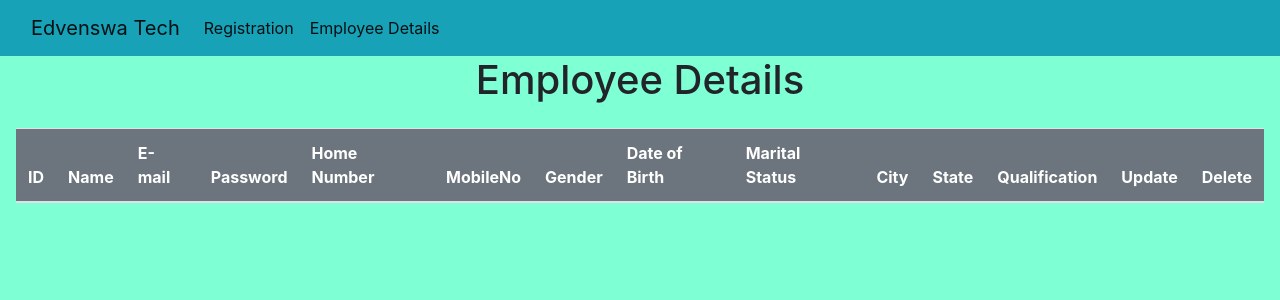
Repository: shubhverma2502/STSProjects
Page: http://localhost/DemoProject/views/ViewAll.jsp
An editor plug-in stored every save of this project. The page is shown before and after the next save, followed by the edit.
The browser window is 1280 px wide. The pictures show the whole page.
The page is served by Tomcat 9. The template is opened directly, without the code that normally fills it, so the values that code supplies are empty.

Above is the page before, as saved 2023-04-06 12:03:08.

After the next save:
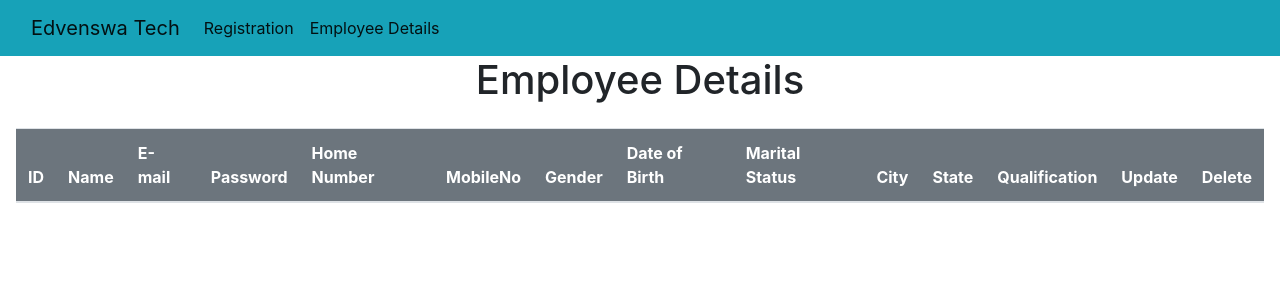
Saved 46 s later.
--- a/DemoProject/src/main/webapp/views/ViewAll.jsp
+++ b/DemoProject/src/main/webapp/views/ViewAll.jsp
@@ -12,7 +12,7 @@
 	integrity="sha384-Gn5384xqQ1aoWXA+058RXPxPg6fy4IWvTNh0E263XmFcJlSAwiGgFAW/dAiS6JXm"
 	crossorigin="anonymous">
 </head>
-<body style="background-color: aquamarine;">
+<body style="background-color: white;">
     <nav class="navbar navbar-expand-lg navbar-light bg-info">
         <div class="container-fluid">
           <a class="navbar-brand" href="/">Edvenswa Tech</a>
